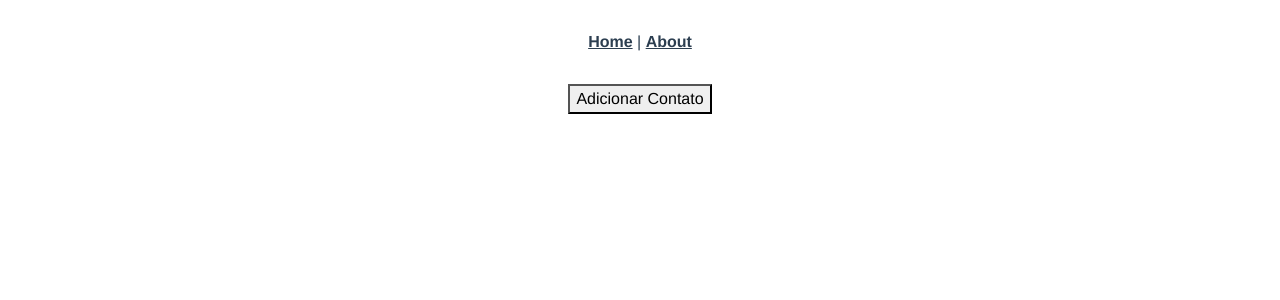
Repository: caiomitsuo/ContactsVueJs
Page: /lista
The author's editor kept a copy of each file at every save. The page is drawn from the files as they stood at one save, then again after the next save.
The browser window is 1280 px wide. The pictures show the whole page.
The page's requests for data from a server got no answer. The project was rebuilt for these pictures with package versions that can differ from the ones it lists, and the page was loaded fresh each time. No one was signed in, and anything a server would have sent is missing. Also part of the build but not shown: vue.config.js, src/components/HelloWorld.vue, src/views/HomeView.vue.

Above is the page before, as saved 2022-04-30 12:14:40.

### src/main.js
import Vue from 'vue'
import App from './App.vue'
import router from './router'
import store from './store'
import { BootstrapVue, IconsPlugin } from 'bootstrap-vue'
import './plugins/axios'

// Import Bootstrap and BootstrapVue CSS files (order is important)
import 'bootstrap/dist/css/bootstrap.css'
import 'bootstrap-vue/dist/bootstrap-vue.css'

// Make BootstrapVue available throughout your project
Vue.use(BootstrapVue)
// Optionally install the BootstrapVue icon components plugin
Vue.use(IconsPlugin)

Vue.config.productionTip = false

new Vue({
  router,
  store,
  render: h => h(App)
}).$mount('#app')

### src/App.vue
<template>
  <div id="app">
    <nav>
      <router-link to="/">Home</router-link> |
      <router-link to="/about">About</router-link>
    </nav>
    <router-view/>
  </div>
</template>
<script>
export default ({
  created() {
    this.$http.get('/ping').then((response) => {
      console.log(response)
    })
  },
})
</script>
<style>
#app {
  font-family: Avenir, Helvetica, Arial, sans-serif;
  -webkit-font-smoothing: antialiased;
  -moz-osx-font-smoothing: grayscale;
  text-align: center;
  color: #2c3e50;
}

nav {
  padding: 30px;
}

nav a {
  font-weight: bold;
  color: #2c3e50;
}

nav a.router-link-exact-active {
  color: #42b983;
}
</style>

### src/router/index.js
import Vue from 'vue'
import VueRouter from 'vue-router'
import HomeView from '../views/HomeView.vue'
import ListView from '../views/ListView.vue'
Vue.use(VueRouter)

const routes = [
  {
    path: '/',
    name: 'home',
    component: HomeView
  },
  {
    path: '/about',
    name: 'about',
    // route level code-splitting
    // this generates a separate chunk (about.[hash].js) for this route
    // which is lazy-loaded when the route is visited.
    component: () => import(/* webpackChunkName: "about" */ '../views/AboutView.vue')
  },
  {
    path: '/lista',
    name: 'lista',
    component:ListView
  }
]

const router = new VueRouter({
  mode: 'history',
  base: process.env.BASE_URL,
  routes
})

export default router

### src/plugins/axios.js
import Vue from 'vue'
import axios from 'axios'

axios.defaults.baseURL = 'http://127.0.0.1:8000/api/'

Vue.use({
    install(Vue){
        Vue.prototype.$http = axios
    }
})

### src/views/ListView.vue
<template>
<div>
    <div>
        <button>Adicionar Contato</button>
    </div>
    <div>

    </div>
</div>
</template>

<script>
export default {};
</script>

<style>
</style>

Loaded but not shown: public/index.html (common file); src/store/index.js (common file)

After the next save:
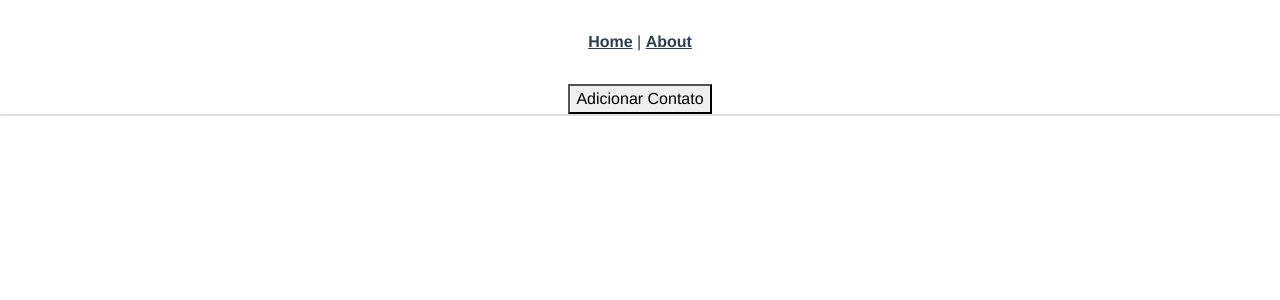
Saved 6 s later.
--- a/src/views/ListView.vue
+++ b/src/views/ListView.vue
@@ -3,7 +3,7 @@
     <div>
         <button>Adicionar Contato</button>
     </div>
-    <div>
+    <div class="card">
 
     </div>
 </div>
